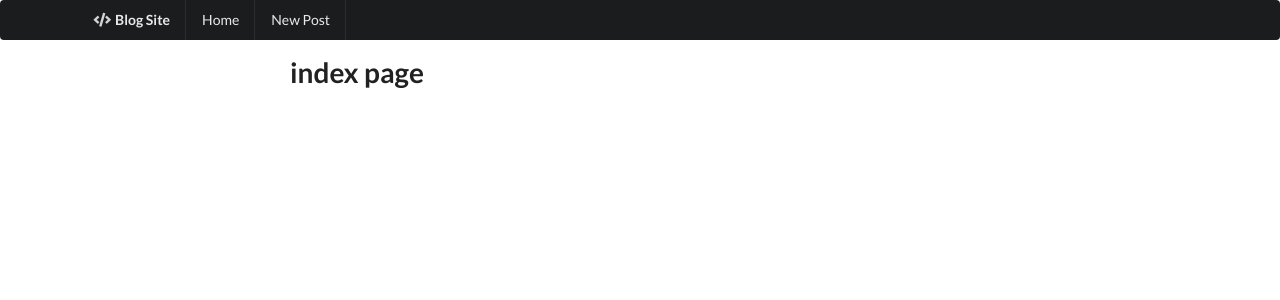
Repository: rachelqiuyue/blog
Page: http://localhost/blogs
The author's editor kept a record of every edit. The page is drawn from the files as they stood at one moment, then again after the next edit.
The browser window is 1280 px wide. The pictures show the whole page.
The page is served by the project's Node server (app.js). Queries for data that is not in the repository find no rows.

Above is the page before.

After the next edit:
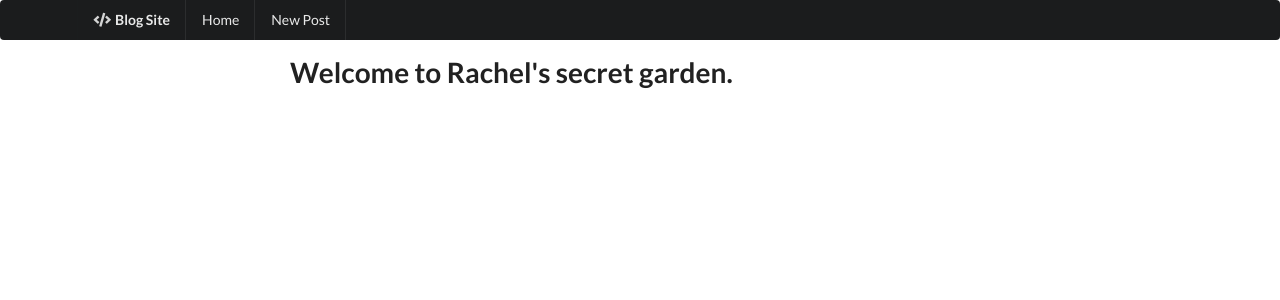
The edit:
--- a/views/index.ejs
+++ b/views/index.ejs
@@ -1,6 +1,6 @@
 <% include ./partials/header%>
 <div class = "ui main text container segement">
-<h1>index page</h1>
+<h1>Welcome to Rachel's secret garden.</h1>
 
 <% blogs.forEach(function(blog){ %>
     <div>
